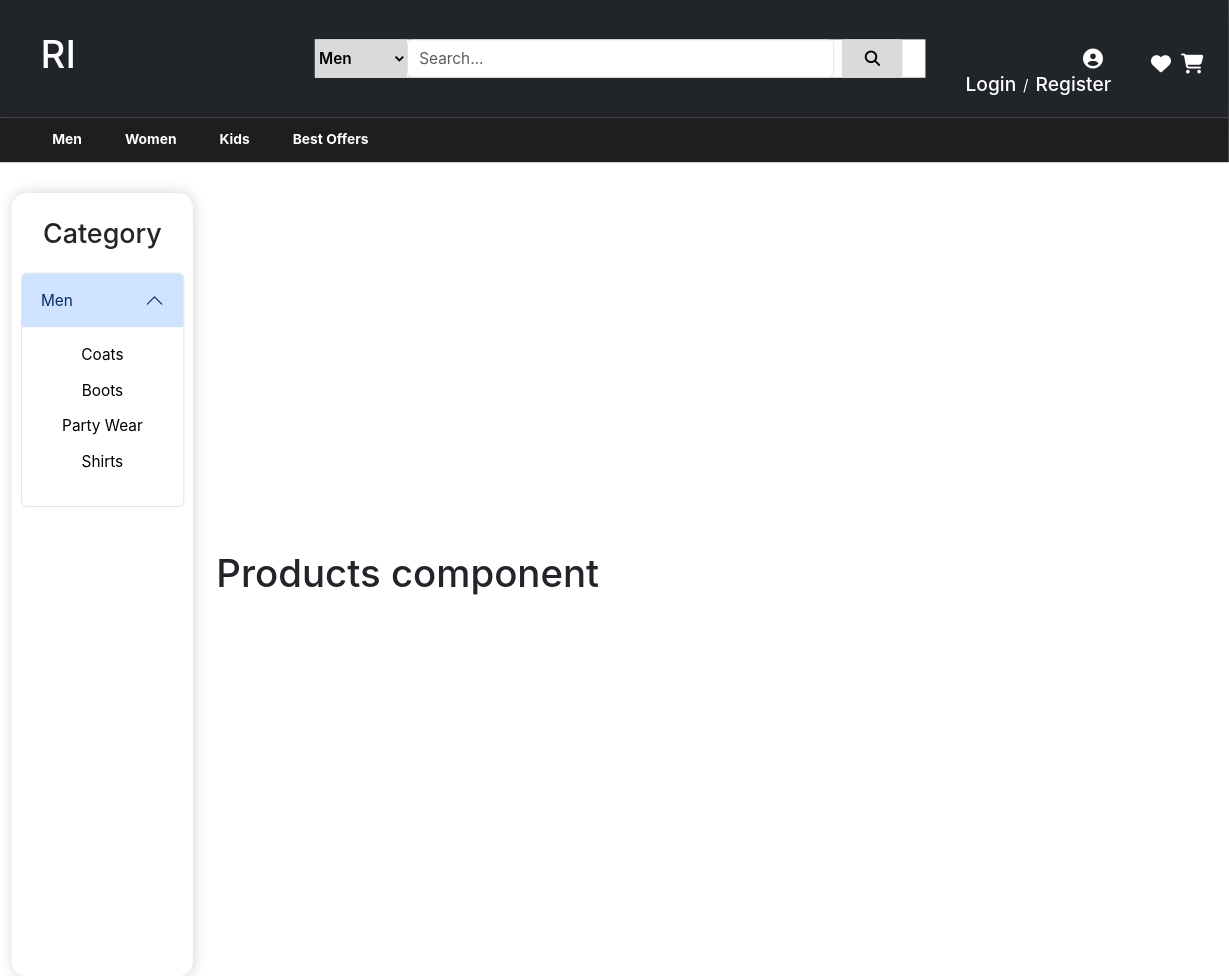
Repository: KodandaraoChellapilli/e-store
Page: /
These files come from the project's save history. The page is drawn as it stood at one moment and after the next save; the edit follows.
The browser window is 1280 px wide. The pictures show the whole page, at 96% of full size.
The project was rebuilt for these pictures with package versions that can differ from the ones it lists, and the page was loaded fresh each time. Also part of the build but not shown: src/App.css, src/Components/Products/_products.scss.

Above is the page before, as saved 2025-06-10 12:21:06.

### public/index.html
<!DOCTYPE html>
<html lang="en">
  <head>
    <meta charset="utf-8" />
    <link rel="icon" href="%PUBLIC_URL%/favicon.ico" />
    <meta name="viewport" content="width=device-width, initial-scale=1" />
    <meta name="theme-color" content="#000000" />
    <meta
      name="description"
      content="Web site created using create-react-app"
    />
    <link rel="apple-touch-icon" href="%PUBLIC_URL%/logo192.png" />
    <!--
      manifest.json provides metadata used when your web app is installed on a
      user's mobile device or desktop. See https://developers.google.com/web/fundamentals/web-app-manifest/
    -->
    <link rel="manifest" href="%PUBLIC_URL%/manifest.json" />

    <link rel="stylesheet"   href="https://cdnjs.cloudflare.com/ajax/libs/font-awesome/6.7.2/css/all.min.css"/>


    <link href="https://cdn.jsdelivr.net/npm/bootstrap@5.3.6/dist/css/bootstrap.min.css" rel="stylesheet" integrity="sha384-4Q6Gf2aSP4eDXB8Miphtr37CMZZQ5oXLH2yaXMJ2w8e2ZtHTl7GptT4jmndRuHDT" crossorigin="anonymous">
    <!--
      Notice the use of %PUBLIC_URL% in the tags above.
      It will be replaced with the URL of the `public` folder during the build.
      Only files inside the `public` folder can be referenced from the HTML.

      Unlike "/favicon.ico" or "favicon.ico", "%PUBLIC_URL%/favicon.ico" will
      work correctly both with client-side routing and a non-root public URL.
      Learn how to configure a non-root public URL by running `npm run build`.
    -->
    <title>React App</title>
  </head>
  <body>
    <noscript>You need to enable JavaScript to run this app.</noscript>
    <div id="root"></div>
    <!--
      This HTML file is a template.
      If you open it directly in the browser, you will see an empty page.

      You can add webfonts, meta tags, or analytics to this file.
      The build step will place the bundled scripts into the <body> tag.

      To begin the development, run `npm start` or `yarn start`.
      To create a production bundle, use `npm run build` or `yarn build`.
    -->
    <script src="https://cdn.jsdelivr.net/npm/bootstrap@5.3.6/dist/js/bootstrap.bundle.min.js" integrity="sha384-j1CDi7MgGQ12Z7Qab0qlWQ/Qqz24Gc6BM0thvEMVjHnfYGF0rmFCozFSxQBxwHKO" crossorigin="anonymous"></script>

  </body>
</html>

### src/App.js
import logo from './logo.svg';
import './App.css';
import TopNav from './Components/TopNav';
import  CatNav from './Components/CatNav';
import MainComponent from './Components/MainComponent';



function App() {
  return (
    <div className="App">

      <TopNav />
      <CatNav />
      <MainComponent />

    </div>
  );
}

export default App;

### src/Components/TopNav/index.js

import './_top-nav.scss';




const TopNav = ()=>{

    return (
        <div>

            <div className='header bg-dark'>
                    <div className='row'>

                    <div className='brand my-1'>
                        <h1>RI</h1>
                    </div>

                    <div className='inp-container p-0 my-4 w-50 h-25 bg-white'>

                        <div className='dropdown m-0 p-0'>
                        <select className='select-btn w-100 p-0 m-0'>
                            <option>Men</option>
                            <option>Women</option>
                            <option>Kids</option>
                        </select>
                        </div>

                        <input className='form-control' placeholder='Search...' />
                        <button><i className='fa fa-search'></i></button>

                    </div>

                    <div className='login-container p-0'>
                        <i className='fa fa-user-circle user-icon'></i>
                        <div className='auth-links'>
                        <h5><a href='#'>Login</a></h5>
                        <span> / </span>
                        <h5><a href="#">Register</a></h5>
                        </div>
                    </div>

                    <div className='cart-wishlist'>
                        <ul className='p-0'>
                        <li className='list-icon'><i className='fa fa-heart'></i></li>
                        <li className='list-icon'><i className='fa fa-shopping-cart'></i></li>
                        </ul>
                    </div>

                    </div>
      </div>
        </div>
    )

}

export default TopNav

### src/Components/CatNav/index.js
import './_cat-nav.scss';


const CatNav =()=> {
    return (
        <>

        <div className='cat-nav-container continer'>
            <ul>
                <li className ='list-items'> <a href='#'> Men  </a></li>
                <li className ='list-items' > <a href='#'> Women </a></li>
                <li  className ='list-items'> <a href='#'> Kids </a></li>
                <li  className ='list-items'> <a href='#'> Best Offers </a></li>

            </ul>
        </div>


        </>
    )
}

export default CatNav;

### src/Components/MainComponent/index.js
import './_main-component.scss';
import SideNav from '../SideNav';
import Products from '../Products';

const MainComponent =()=> {

    return (
        <div>
            <div className='container-fluid'>
                <div className='row'>

                     <div className='col-lg-2 col-md-3 col-sm-4'>
                    <SideNav/>
                </div>

                <div className='col-lg-10 col-md-9 col-sm-8'>

                    <Products/>

                </div>



                </div>

            </div>
        </div>
    )
}

export default MainComponent;

### src/Components/TopNav/_top-nav.scss
@import '../../style/sass/variables';

.header {
  max-width: 100%;
  box-shadow: 5px 5px 20px gray;
  padding: 1em;
}

.row {
  display: flex;
  align-items: center;
  flex-wrap: wrap;
  justify-content: space-between;
}

.brand {
  color: white;
  margin-left: 2%;
  padding: 0.8em;
  width: 23%;
}

.inp-container {
  display: flex;
  align-items: center;
  width: 50%;
  padding: 0.5em;
  background-color: white;
}

.inp-container .dropdown {
  width: 15%;
  margin-right: 0.5em;
}

.drropdown{
    width: 15%;
}

.select-btn {
  height: $element-height;
  border: none;
  background-color: #dadada;
  font-weight: 600;
  width: 100%;
}

.inp-container input {
  width: 70%;
  height: $element-height;
  margin-right: 0.5em;
}

.inp-container button {
  width: 10%;
  height: $element-height;
  border: none;
  background-color: #dadada;
}

.login-container {
  width: 15%;
  color: white;
  text-align: right;
  margin: 1.7em 0.2em 0 0;
}

.user-icon {
  margin-right: 0.4em;
  padding: 0.2em;
  font-size: $icon-font;
}

.auth-links {
  display: inline-block;
}

.login-container h5,
.login-container span {
  display: inline-block;
  margin: 0 0.2em;
}

.login-container a {
  text-decoration: none;
  color: white;
}

.cart-wishlist {
  width: 7%;
  margin-top: 1.7em;
  margin-left: 1em;
}

.cart-wishlist .list-icon {
  color: white;
  font-size: $icon-font;
  list-style-type: none;
  display: inline-block;
  margin-right: 0.5em;
}

### src/Components/CatNav/_cat-nav.scss
@import '../../style/sass/variables';
@import '../../style/sass/mixins';


.cat-nav-container {
  background-color: #1e1e1e; // Dark background for nav
  max-width: 100%; // Makes the nav bar take full width
  border-top: 1px solid #444444; // Adds a subtle top border

  .list-items {
    list-style-type: none; // Removes bullets from the list
    display: inline-block; // Aligns list items horizontally
    margin: 0.2em 1em; // Space around each list item
    padding: 0.4em; // Inner spacing
    height: 2.5em; // Sets height of each item
  }

  a {
    text-decoration: none; // Removes underline from links
    color: white; // Makes link text white
    height: 1.8em; // Sets height of the anchor tag
    font-size: 0.9em; // Slightly smaller font
    font-weight: 700; // Makes text bold

    @include underline-transition(1.1); // Applies underline transition effect


  }
}

### src/Components/SideNav/index.js
import './_side-nav.scss';

const SideNav = () => {
  return (
    <div className='side-nav'>
      <div className='section-title'>
        <h3>Category</h3>
      </div>

      <div className='accordion'>
        <div className='accordion-item individual-category'>
          <div className='accordion-header'>
            <button
              className='accordion-button'
              data-bs-target="#accordion-heading-one"
              data-bs-toggle="collapse"
            >
              Men
            </button>
          </div>

          <div
            className='accordion-collapse collapse show'
            id='accordion-heading-one'
            data-bs-parent=".accordion"
          >
            <div className='accordion-body'>
              <ul>
                <li className='sub-items'><a href='#'>Coats</a></li>
                <li className='sub-items'><a href='#'>Boots</a></li>
                <li className='sub-items'><a href='#'>Party Wear</a></li>
                <li className='sub-items'><a href='#'>Shirts</a></li>
              </ul>
            </div>
          </div>
        </div>
      </div>
    </div>
  );
};

export default SideNav;

### src/Components/Products/index.js
import './_products.scss';

const Products = () => {
    return (
        <div>
            <h1>Products component</h1>
        </div>
    )
}

export default Products;

### src/style/sass/_variables.scss
$accent-color: red;
$icon-font: 1.3em;
$element-height: 2.5em;

### src/style/sass/_mixins.scss
@mixin transition($property, $duration) {
  transition-property: $property;
  transition-duration: $duration;
}


@mixin underline-transition($width){
     &::after {
      content: ''; // Creates a fake element after <a>
      display: block; // Makes it act like a visible block
      bottom: 0; // Align it to bottom (needs position to work correctly)
      left: 0; // Align it to left side
      height: 0.2em; // Thin line height
      background-color:$accent-color; // Line color
      transform: scaleX(0); // Starts invisible
      @include transition(transform, 0.2s )
    }

    &:hover::after {
      transform: scaleX($width); // When hovering, stretch the line slightly
    }
}

### src/Components/SideNav/_side-nav.scss
@import "../../style/sass/mixins";
@import "../../style/sass/variables";

.side-nav{
    margin-top: 1em;
    padding: 0.6em;
    box-shadow: 1px 0px 14px 0px lightgray;
    height: 51em;
    border-radius: 1em;


    .section-title{
        padding: 1em;

        h3{
            text-align: center;
        }
    }

    .individual-category{
        ul{
            padding: 0;
        }
        .sub-items{
            text-align: center;
            margin-bottom: 0.6em;

            list-style-type: none; // Removes bullets from the list
            a{
                text-decoration: none; // Removes underline from linls
                color: black; // Makes link text black
                @include underline-transition(0.3); // Applies underline transition effect
            }
        }
    }
}

Loaded but not shown: src/index.js (common file); src/index.css (common file); src/reportWebVitals.js (common file); src/Components/MainComponent/_main-component.scss (no stored copy; drawn as an empty file)

After the next save:
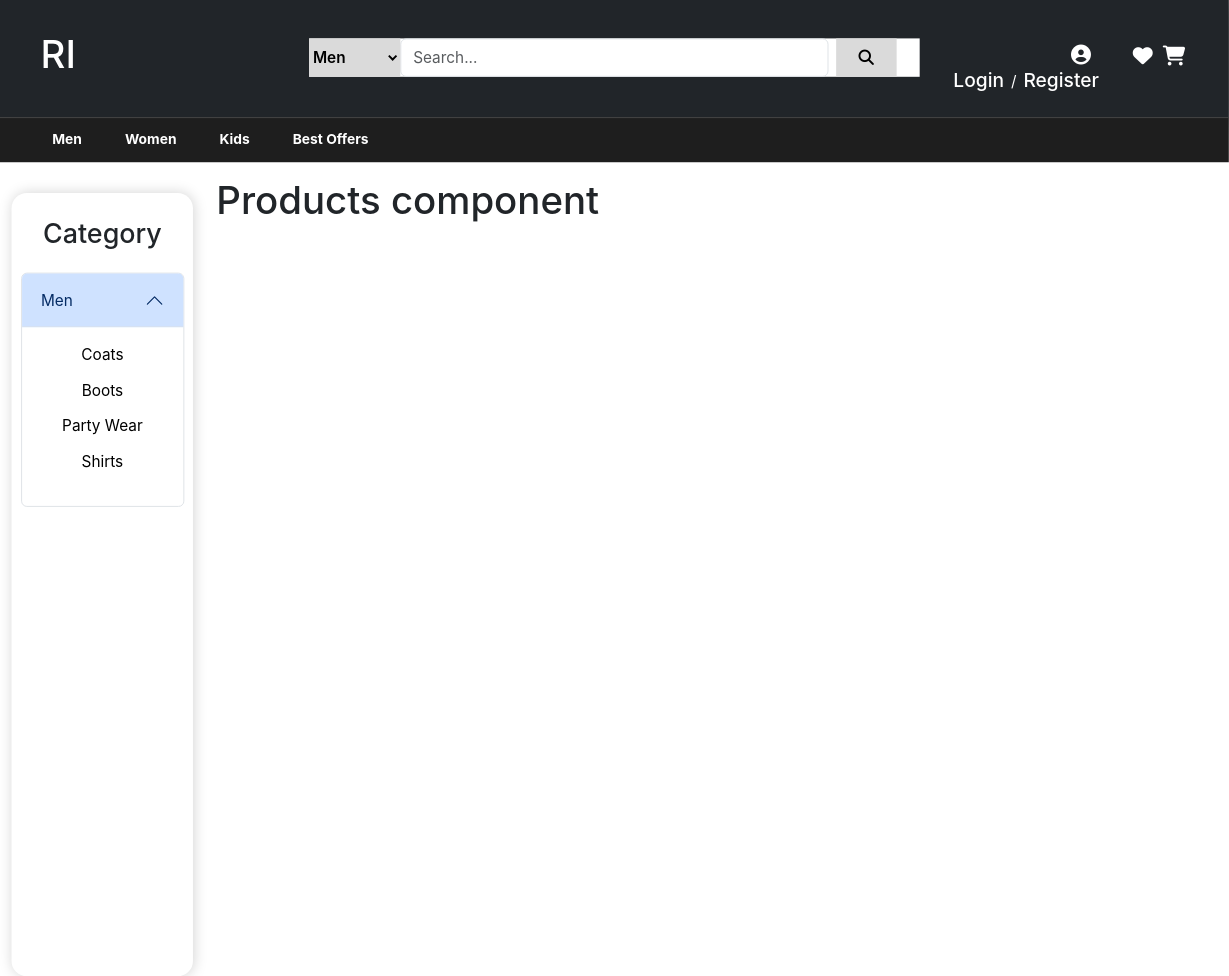
Saved 4 min 25 s later.
--- a/src/Components/TopNav/_top-nav.scss
+++ b/src/Components/TopNav/_top-nav.scss
@@ -6,11 +6,9 @@
   padding: 1em;
 }
 
-.row {
-  display: flex;
-  align-items: center;
-  flex-wrap: wrap;
-  justify-content: space-between;
+.top-nav-row div {
+  display: inline-block;
+
 }
 
 .brand {
